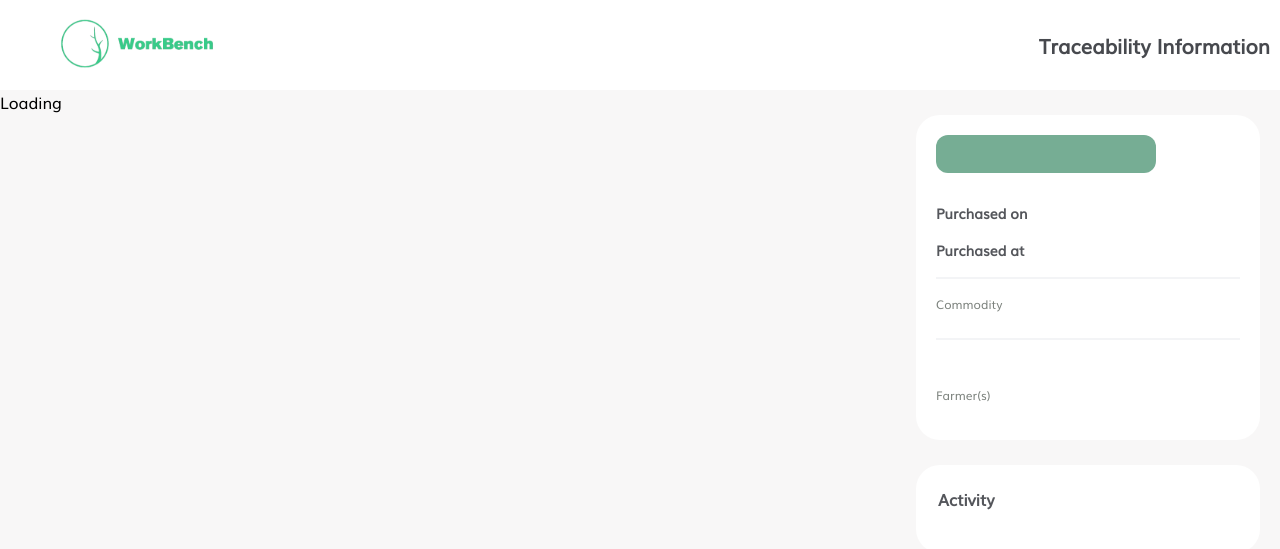
Repository: Hamezry/Traceability-Page
Page: /
These files come from the project's save history. The page is drawn as it stood at one moment and after the next save; the edit follows.
The browser window is 1280 px wide. The pictures show the whole page.
The page's requests for data from a server got no answer. The project was rebuilt for these pictures with package versions that can differ from the ones it lists, and the page was loaded fresh each time. No one was signed in, and anything a server would have sent is missing.

Above is the page before, as saved 2022-09-18 09:11:20.

### public/index.html
<!DOCTYPE html>
<html lang="en">
  <head>
    <meta charset="utf-8" />
    <meta name="viewport" content="width=device-width, initial-scale=1" />
    <meta name="theme-color" content="#000000" />
    <meta
      name="description"
      content="Web site created using create-react-app"
    />
    <link rel="preconnect" href="https://fonts.googleapis.com">
    <link rel="preconnect" href="https://fonts.gstatic.com" crossorigin>
    <!-- <link href="https://fonts.googleapis.com/css2?family=Mulish:wght@300;400;600&display=swap" rel="stylesheet"> -->
    <title>Traceability page</title>
  </head>
  <body>
    <noscript>You need to enable JavaScript to run this app.</noscript>
    <div id="root"></div>

  </body>
</html>

### src/index.css
@tailwind base;
@tailwind components;
@tailwind utilities;

@font-face {
    font-family: 'Muli';
    src: local('Muli'), url("./fonts/Muli-Regular.ttf") format("truetype");
}


@font-face {
    font-family: 'Muli';
    src: url('./fonts/Muli-Regular.ttf') format("truetype");
}

body {
    font-family: 'Muli' !important;
}

### src/App.js
import './index.css';
import Navbar from './components/Navbar';
import Information from './components/Information';
import Sidemap from './components/Sidemap';
import { BrowserRouter, Route, Routes } from 'react-router-dom';

function App() {
  return (
    <BrowserRouter>

      <Routes>

          <Route path='/' element={
            <div>
              <Navbar />
              <div className="lg:flex lg:justify-between w-full  lg:h-[calc(100vh-90px)] lg:overflow-y-hidden bg-[#f8f7f7]">
                <Sidemap />
                <Information />
              </div>

            </div>

          } />

      </Routes>
    </BrowserRouter>
  );
}

export default App;

### src/components/Navbar.js
import React from 'react'
import logo from '../Assets/logo.svg'

const Navbar = () => {
  return (
    <div className='w-full flex  lg:gap-[801px] h-[90px] bg-white sticky font-muli  z-30  top-0 lg:items-center'>

        <img src= {logo} alt='nav-icon' className='h-[80px] w-[188px] lg:ml-[50px]'/>
        <p className='hidden lg:block text-[#47494E] font-semibold  text-[20px]'>Traceability Information</p>

    </div>
  )
}

export default Navbar

### src/components/Information.js
import React, { useEffect, useState } from 'react'
import image1 from '../Assets/image-2.png'
import purchased from '../Assets/purchase.svg'
import axios from 'axios'
import { useLocation } from 'react-router-dom'



function Information() {

    const [list, setList] = useState([])
    const search = useLocation().search;
    const qr_code = new URLSearchParams(search).get('qr_code')

    useEffect(() => {
        axios.get(`https://wb3test.afexnigeria.com/WB3/api/v1/traceability/info/${qr_code}`)
            .then(res => {
                setList(res.data.data)
                console.log(res.data)
            }).catch(err => {
                console.log(err)
            })
    }, [qr_code])


    return (
        <div className='lg:h-full  lg:w-[30%] font-muli lg:overflow-y-auto'>

            <div id="TQC" className=" z-10  top-0 flex lg:flex  flex-col px-[20px]">

                <div className="flex-1 flex bg-white lg:w-[100%] lg:mx-auto lg:mt-[25px] flex-col h-[556px] p-[20px] rounded-3xl">

                    {/*TQC */}
                    <div className='mb-4 border-b-2 border-b-gray-100 '>
                        <div className='bg-[#76AD94] text-white text-center py-2 font-semibold text-[16px] max-w-[220px] h-[38px] mb-[30px] rounded-xl'> <p>{list.qr_code}</p></div>
                        <p className='text-[#54565B] text-[14px] mb-4 font-semibold'>Purchased on <span className='font-normal'>{list.purchased_on}</span></p>
                        <p className=' text-[#54565B] text-[14px] mb-4 font-semibold'>Purchased at <span className='font-normal'>{list.purchased_at}</span></p>

                    </div>

                    <div className='mb-4 border-b-2  border-b-gray-100 '>
                        <p className='text-[#7C827D] text-[12px] mb-[25px] '>Commodity</p>
                        <p className='text-[#47494E] text-[14px] mb-4 font-medium '>{list.commodity}</p>

                    </div>

                    <div className='mt-[30px] mb-4'>

                        <p className='text-[#7C827D] text-[12px]'>Farmer(s)</p>

                        {
                            list?.farmers?.map((item, index) => {
                                return (
                                    <div key={index} className='w-[232px] h-[71px] shadow p-3 flex items-center mt-[20px] rounded-xl'>
                                        <img src={image1} alt='profilepic' />
                                        <p className='text-[#47494E] text-[16px] ml-5  font-medium '>{item.first_name} {item.last_name}<br /> <span className='text-[#707673] text-[12px]'>{item.age} years &nbsp; | &nbsp;  {item.gender}</span></p>
                                    </div>
                                )
                            })
                        }



                    </div>


                </div>



            </div>




            <div id="Activity" className=" top-0 flex lg:flex flex-shrink-0 flex-col px-[20px]">

                <div className="flex-1 flex bg-white lg:w-[100%] lg:mx-auto mt-[25px] mb-5 flex-col  h-[900px] p-[22px] rounded-3xl ">

                    <p className='text-[#54565B] mb-5 font-semibold text-[16px]'>Activity</p>

                    {list?.activities?.map((item, index) =>

                        <div key={index} className='flex justify-between stroke-amber-50 text-[#7C827D] 2xl:px-5 lg:px-0 text-[11px]'>

                            <div className='flex gap-2 xl:gap-2 md:gap-8'>

                                <div className='flex flex-col items-center'>
                                    <img src={purchased} alt='recp' />
                                    <div className='border border-dotted border-[#7C827D] min-h-[100px] max-h-[120px] w-[1px]'></div>

                                </div>
                                <div className='flex flex-col lg:w-[160px] md:w-[270px] w-[130px]' >
                                    <p className='font-semibold mt-2 lg:text-[13px]'>{item.action} </p>
                                    <span className='text-[#7C827D] text-[9px] mt-2 lg:text-[11px]'>{item.description}</span>
                                </div>



                            </div>
                            <p className='text-[#76AD94] text-[9px] mt-2 xl:text-[10px]'> <span>{item.created}</span> </p>

                        </div>
                    )}






                </div>





            </div>


        </div>);
}

export default Information

### src/components/Sidemap.js
import React from 'react'
import {useJsApiLoader, GoogleMap, Marker} from '@react-google-maps/api';

const center = {lat:48.8584, lng:2.294}

function Sidemap() {

  const { isLoaded } = useJsApiLoader({
    googleMapsApiKey:process.env.REACT_APP_GOOGLE_MAPS_API_KEY,
  });

  if (!isLoaded){
    return <h1>Loading</h1>
  }
  return (

    <div class= "h-[600px] w-full lg:h-[calc(100vh-90px)] lg:w-[70%]">

      <div className='hidden lg:block p-4 lg:p-0 lg:w-full h-[100%]'>
          <GoogleMap
          mapContainerStyle={{width:'100%', height:'100%'}}
          center={center} zoom={15}
          options={{
            zoomControl:false,
            streetViewControl:false,
            mapTypeControl:false,
            fullscreenControl:false,
          }}
          >
            <Marker position={center}/>

          </GoogleMap>
      </div>

      <div className='lg:hidden p-4 lg:p-0 lg:w-full h-[100%]'>
          <GoogleMap
          mapContainerStyle={{width:'100%', height:'100%', borderRadius:'50px'}}
          center={center} zoom={15}
          options={{
            zoomControl:false,
            streetViewControl:false,
            mapTypeControl:false,
            fullscreenControl:false,
          }}
          >
            <Marker position={center}/>

          </GoogleMap>
      </div>


    </div>

  )
}

export default Sidemap

### tailwind.config.js

/** @type {import('tailwindcss').Config} */
module.exports = {
  content: [
    "./src/**/*.{js,jsx,ts,tsx}",
  ],
  theme: {
    extend: {
      fontFamily:{
        'Muli':['Muli', 'san-serif']
      }
    },
  },
  plugins: [],
}

Loaded but not shown: src/index.js (common file)

After the next save:
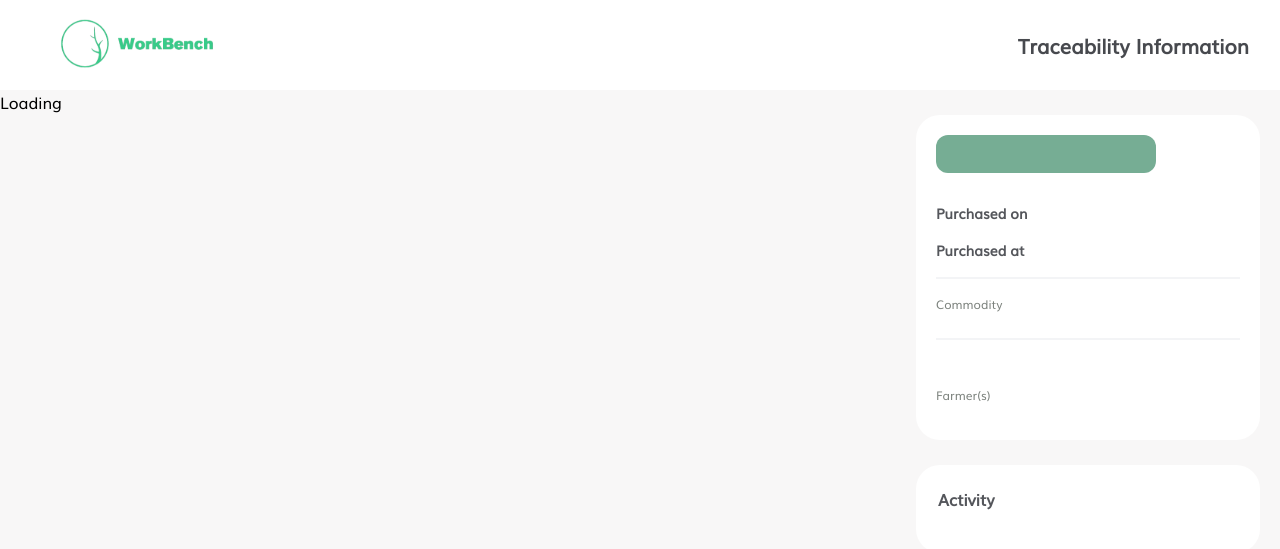
Saved 9 s later.
--- a/src/components/Navbar.js
+++ b/src/components/Navbar.js
@@ -3,7 +3,7 @@ import logo from '../Assets/logo.svg'
 
 const Navbar = () => {
   return (
-    <div className='w-full flex  lg:gap-[801px] h-[90px] bg-white sticky font-muli  z-30  top-0 lg:items-center'>
+    <div className='w-full flex  lg:gap-[780px] h-[90px] bg-white sticky font-muli  z-30  top-0 lg:items-center'>
 
         <img src= {logo} alt='nav-icon' className='h-[80px] w-[188px] lg:ml-[50px]'/>
         <p className='hidden lg:block text-[#47494E] font-semibold  text-[20px]'>Traceability Information</p>
